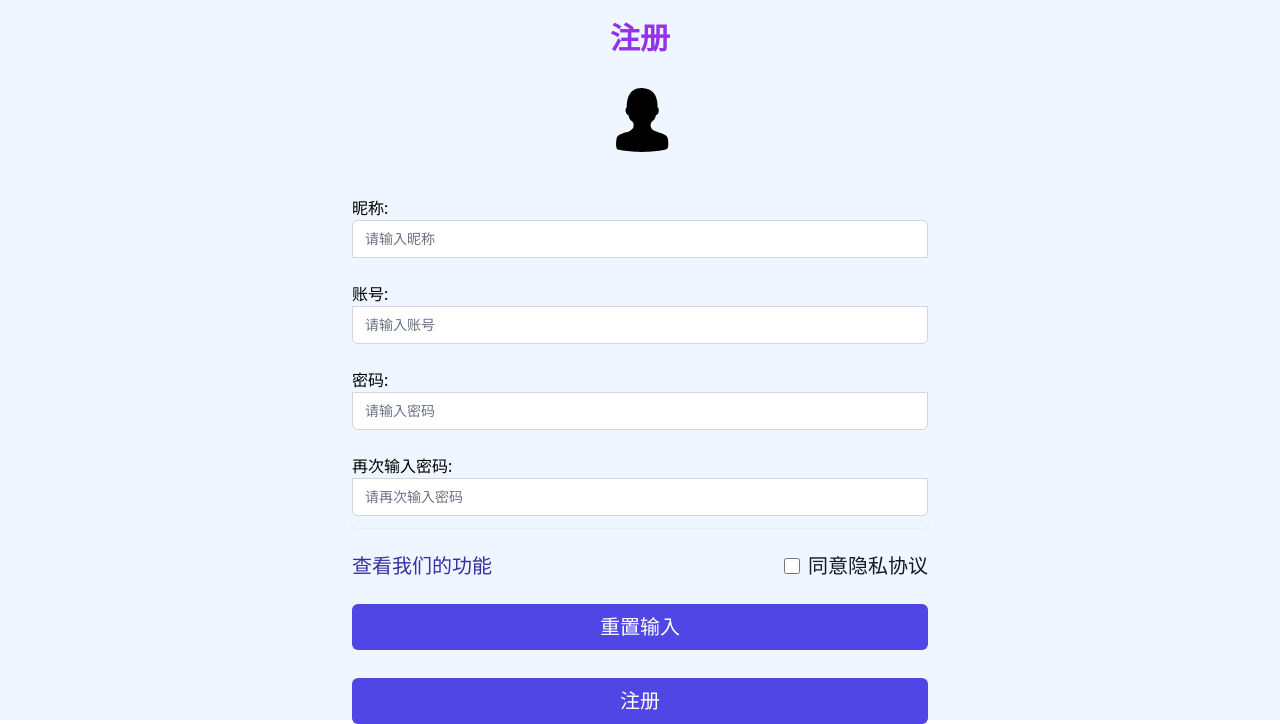
Repository: LiuRuohui/test_the_tailwindcss
Page: /
The author's editor kept a copy of each file at every save. The page is drawn from the files as they stood at one save, then again after the next save.
The browser window is 1280 px wide. The pictures show the whole page.
The project was rebuilt for these pictures with package versions that can differ from the ones it lists, and the page was loaded fresh each time. Also part of the build but not shown: vite.config.js, src/components/WelcomingPage.vue.

Above is the page before, as saved 2022-03-03 11:08:47.

After the next save:
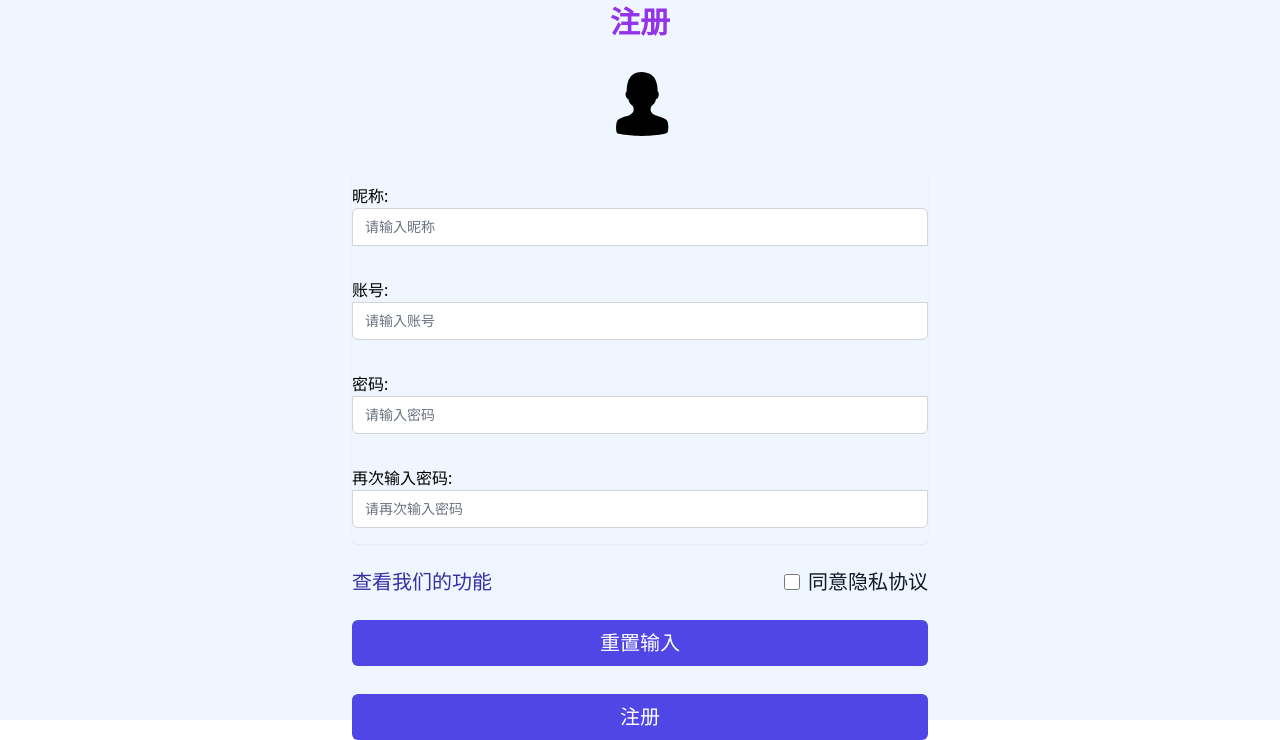
Saved 10 s later.
--- a/src/components/RegisterPage.vue
+++ b/src/components/RegisterPage.vue
@@ -9,19 +9,19 @@
         </div>
         <form class="mt-8 space-y-6" action="#" method="POST">
       <div class="rounded-md shadow-sm">
-        <div class="py-3">
+        <div class="py-4">
           <label for="email-address">昵称:</label>
           <input id="email-address" name="email" type="email" autocomplete="email" required class="appearance-none rounded-none relative block w-full px-3 py-2 border border-gray-300 placeholder-gray-500 text-gray-900 rounded-t-md focus:outline-none focus:ring-indigo-500 focus:border-indigo-500 focus:z-10 sm:text-sm" placeholder="请输入昵称">
         </div>
-        <div class="py-3">
+        <div class="py-4">
           <label for="password">账号:</label>
           <input id="password" name="password" type="password" autocomplete="current-password" required class="appearance-none rounded-none relative block w-full px-3 py-2 border border-gray-300 placeholder-gray-500 text-gray-900 rounded-b-md focus:outline-none focus:ring-indigo-500 focus:border-indigo-500 focus:z-10 sm:text-sm" placeholder="请输入账号">
         </div>
-        <div class="py-3">
+        <div class="py-4">
           <label for="password">密码:</label>
           <input id="password" name="password" type="password" autocomplete="current-password" required class="appearance-none rounded-none relative block w-full px-3 py-2 border border-gray-300 placeholder-gray-500 text-gray-900 rounded-b-md focus:outline-none focus:ring-indigo-500 focus:border-indigo-500 focus:z-10 sm:text-sm" placeholder="请输入密码">
         </div>
-        <div class="py-3">
+        <div class="py-4">
           <label for="password">再次输入密码:</label>
           <input id="password" name="password" type="password" autocomplete="current-password" required class="appearance-none rounded-none relative block w-full px-3 py-2 border border-gray-300 placeholder-gray-500 text-gray-900 rounded-b-md focus:outline-none focus:ring-indigo-500 focus:border-indigo-500 focus:z-10 sm:text-sm" placeholder="请再次输入密码">
         </div>
